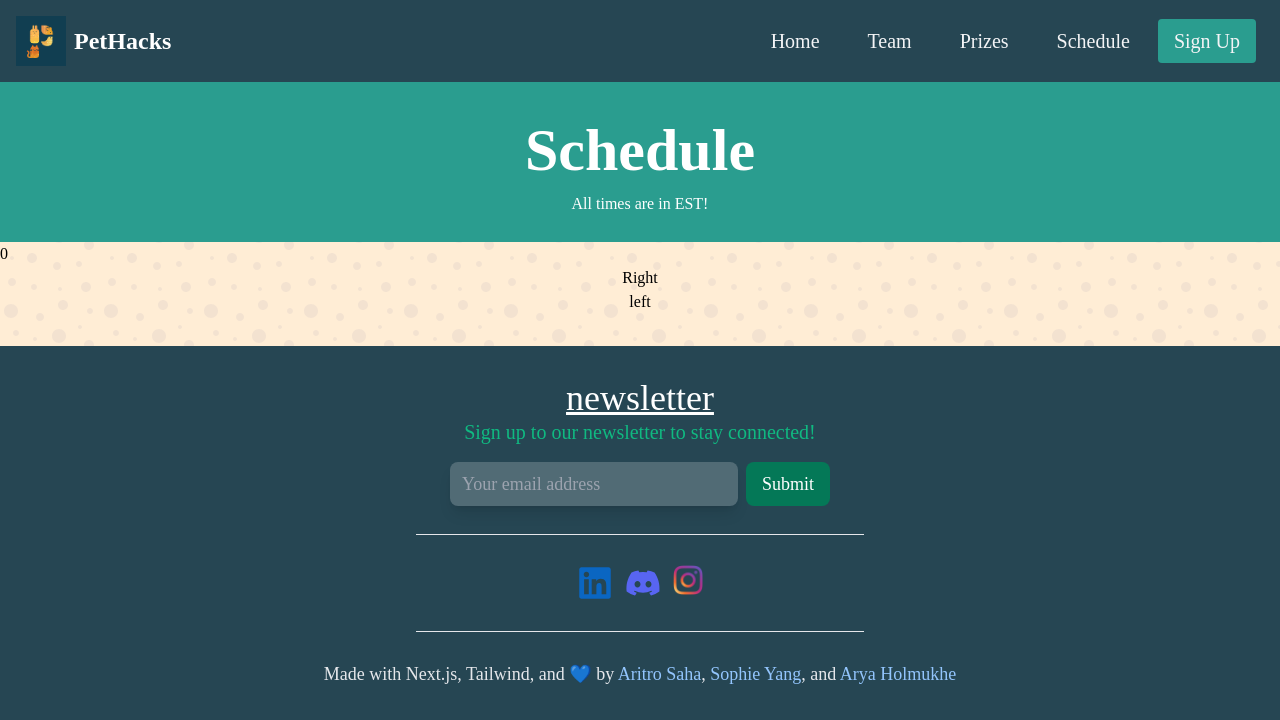
Repository: AritroSaha10/pethacks-website
Page: /schedule
These files come from the project's save history. The page is drawn as it stood at one moment and after a run of saves; the edit follows.
The browser window is 1280 px wide. The pictures show the whole page.
Some web fonts or font styles are not loaded; a fallback is used. The project was rebuilt for these pictures with package versions that can differ from the ones it lists, and the page was loaded fresh each time. The framework's server and built-in components were replaced by stand-ins that run in the browser. Also part of the build but not shown: next.config.js.

Above is the page before, as saved 2022-09-15 19:07:01.

After the next 4 saves:
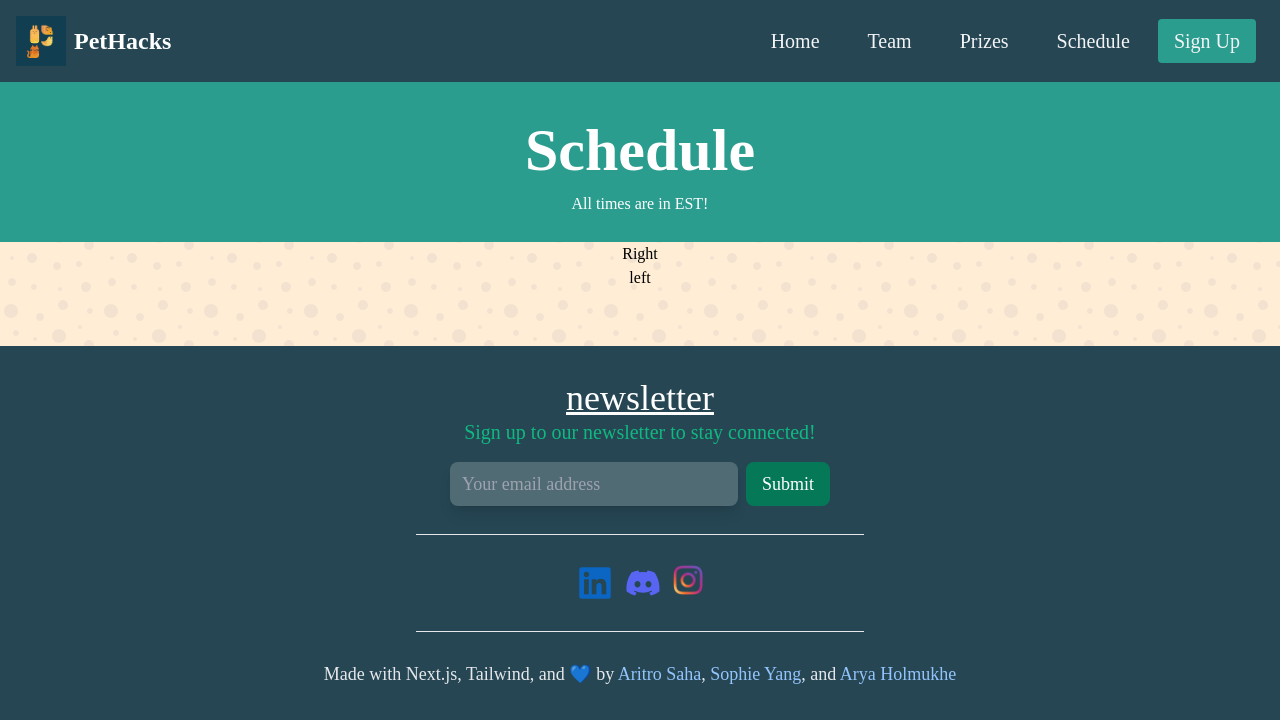
The 4 saves are shown as one change because 2 did not build or start and some came seconds apart.
The last was saved 29 s later.
--- a/pages/schedule.tsx
+++ b/pages/schedule.tsx
@@ -14,7 +14,7 @@ export default function Schedule() {
         <Layout name="Schedule" noNavbar>
             <Navbar />
             <SectionHead title="Schedule" subtitle="All times are in EST!" />
-            <div>{count}</div>
+            <div>{days.count}</div>
             <button onClick={() => setCount(count + 1)}>Right</button>
             <button onClick={() => setCount(count - 1)}>left</button>
         </Layout>
